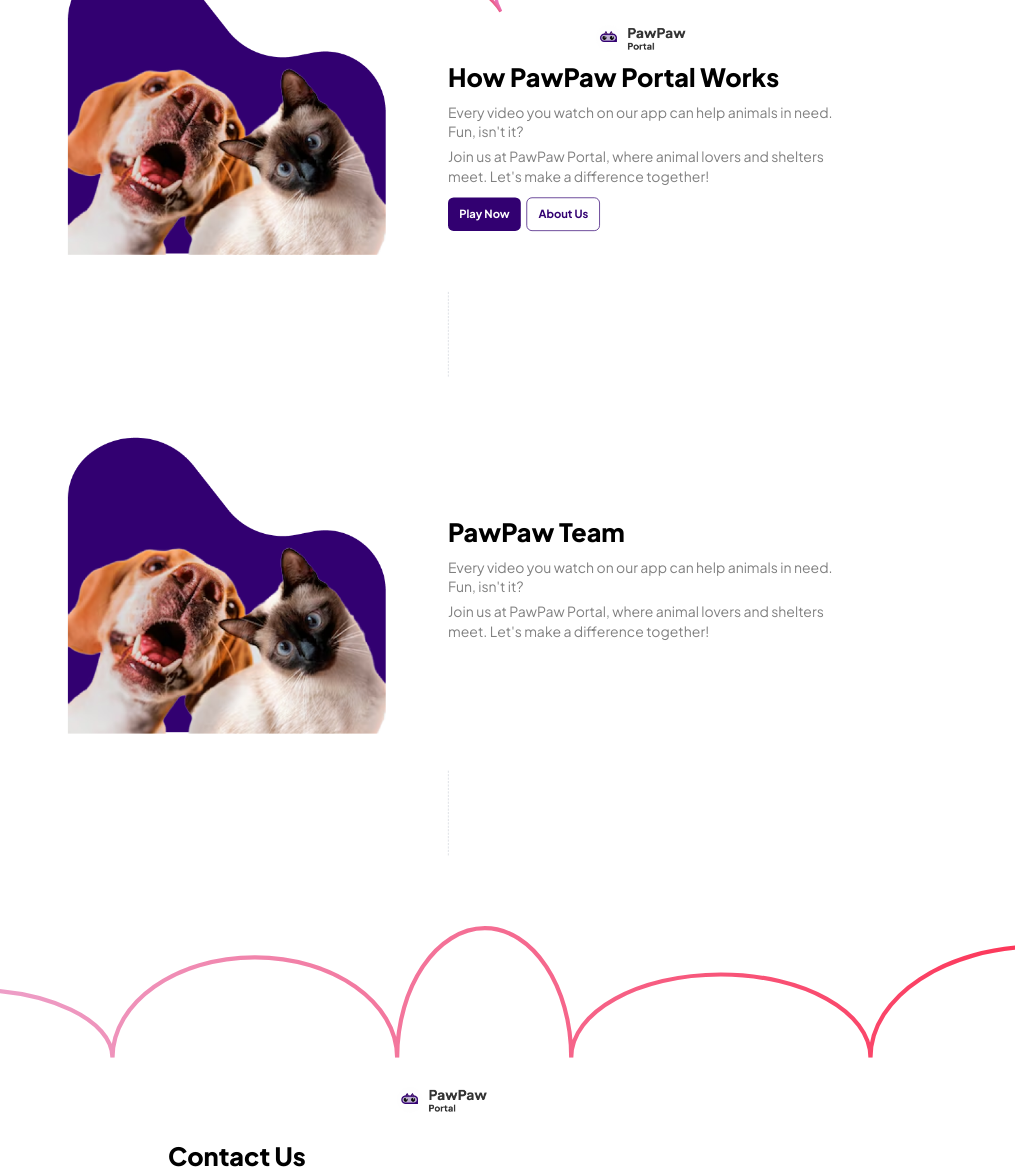
Repository: paskasiregar/pawpawwebsite
Page: /
These files come from the project's save history. The page is drawn as it stood at one moment and after the next save; the edit follows.
The browser window is 1280 px wide. The page is 1450 px wide, so the pictures cover 1450 px, including what lies to the right of the window. The pictures show the part of the page from y = 1160 to 2840 px (the page is 3877 px tall), at 70% of full size.
The project was rebuilt for these pictures with package versions that can differ from the ones it lists, and the page was loaded fresh each time. The framework's server and built-in components were replaced by stand-ins that run in the browser. Also part of the build but not shown: next.config.js, next.config.mjs.

Above is the page before, as saved 2024-09-06 11:05:36.

### src/app/layout.js
import { Inter } from "next/font/google";
import "./globals.css";

const inter = Inter({ subsets: ["latin"] });

export const metadata = {
  title: "PawPaw Portal | Your One-Stop Shelter",
  description: "Your One-Stop Shelter",
};

export default function RootLayout({ children }) {
  return (
    <html lang="en">
      <meta
        name="google-adsense-account"
        content="ca-pub-4770655134097556"
      ></meta>
      <body className={inter.className}>{children}</body>
    </html>
  );
}

### src/app/page.js
import { Contact } from "@/components/contact";
import { Divider } from "@/components/divider";
import { Footer } from "@/components/footer";
import { Header } from "@/components/header";
import CTA from "@/components/CTA";
import Hero from "@/components/hero";
import PrimaryButton from "@/components/primaryButton";
import SecButton from "@/components/secButton";
import Image from "next/image";
import bannerImage from "../assets/banner.png";
import logoHeaderImage from "../assets/banner-10.png";
import Link from "next/link";
import Head from "next/head";

export default async function Home() {
  return (
    <div className="w-full font-plus-jakarta m-auto flex min-h-screen flex-col items-center justify-between">
      <Head>
        <script
          async
          src="https://pagead2.googlesyndication.com/pagead/js/adsbygoogle.js?client=ca-pub-4770655134097556"
          crossorigin="anonymous"
        ></script>
      </Head>
      <section className="w-full">
        <div className="centeredcontainer main-container">
          <Header />
        </div>
        <main className="main-container">
          <Hero />
          <Divider />
          <div className="self-stretch bg-white flex flex-col md:flex-row">
            <div className="flex-1 relative h-48 md:h-[489px] z-[0] flex items-center justify-center">
              <Image
                className="w-[80%] h-auto object-cover"
                alt="banner"
                src={bannerImage}
                width={200}
                height={200}
              />
            </div>

            <div
              id="how-it-works"
              className="flex-1 flex flex-col items-center md:items-start justify-center gap-4 z-[1] p-4 md:p-8"
            >
              <div className="space-y-4">
                <div className="flex justify-center md:justify-start">
                  <svg
                    width="130"
                    height="77"
                    viewBox="0 0 130 77"
                    fill="none"
                    xmlns="http://www.w3.org/2000/svg"
                  >
                    <path
                      d="M2.04016 48.038C39.1938 19.0059 75.4362 75.5193 75.4362 75.5193C58.6481 44.4597 70.5515 14.7701 105.05 54.8444C105.05 54.8444 88.8644 34.0647 127.885 2.52962"
                      stroke="url(#paint0_linear_545_35744)"
                      strokeWidth="4.42591"
                      strokeMiterlimit="10"
                      strokeLinejoin="bevel"
                    />
                    <defs>
                      <linearGradient
                        id="paint0_linear_545_35744"
                        x1="19.971"
                        y1="73.8863"
                        x2="126.116"
                        y2="-0.218346"
                        gradientUnits="userSpaceOnUse"
                      >
                        <stop offset="0.2868" stopColor="#E9404C" />
                        <stop offset="0.2967" stopColor="#EA475C" />
                        <stop offset="0.3252" stopColor="#EB5B85" />
                        <stop offset="0.3554" stopColor="#EB6CA8" />
                        <stop offset="0.3871" stopColor="#EC79C5" />
                        <stop offset="0.4209" stopColor="#EC84DB" />
                        <stop offset="0.4577" stopColor="#ED8BEB" />
                        <stop offset="0.4998" stopColor="#ED90F4" />
                        <stop offset="0.5589" stopColor="#ED91F7" />
                      </linearGradient>
                    </defs>
                  </svg>
                </div>
                <div className="hidden md:flex items-center justify-center">
                  <Image
                    className="w-36 h-10 object-cover"
                    alt="Logo"
                    src={logoHeaderImage}
                    width={120}
                    height={20}
                  />
                </div>
                <div className="flex flex-col items-center md:items-start">
                  <div className="relative font-extrabold text-2xl md:text-4xl text-center md:text-left">
                    How PawPaw Portal Works
                  </div>
                </div>
                <div className="self-stretch flex flex-col md:flex-row items-center md:items-start justify-start text-lg md:text-xl text-gray-500">
                  <div className="flex-1 flex flex-col items-center md:items-start justify-start">
                    <div className="self-stretch">
                      <p className="m-0 text-center md:text-left">
                        Every video you watch on our app can help animals in
                        need. Fun, isn&apos;t it?
                      </p>
                      <p className="m-2"></p>
                      <p className="m-0 text-center md:text-left">
                        Join us at PawPaw Portal, where animal lovers and
                        shelters meet. Let&apos;s make a difference together!
                      </p>
                    </div>
                  </div>
                </div>
                <div className="flex flex-col md:flex-row gap-2">
                  <PrimaryButton href="https://game.pawpawportal.com">
                    Play Now
                  </PrimaryButton>
                  <Link
                    href="#about-us"
                    className="flex flex-col md:flex-row gap-2"
                  >
                    <SecButton>About Us</SecButton>
                  </Link>
                </div>
              </div>
            </div>
          </div>

          <Divider />
          <div className="self-stretch bg-white flex flex-col md:flex-row">
            <div className="flex-1 relative h-48 md:h-[489px] z-[0] flex items-center justify-center">
              <Image
                className="w-[80%] h-auto object-cover"
                alt="banner"
                src={bannerImage}
                width={200}
                height={200}
              />
            </div>
            <div
              id="team"
              className="flex-1 flex flex-col items-center md:items-start justify-center gap-4 z-[1] p-4 md:p-8"
            >
              <div className="space-y-4">
                <div className="flex justify-center md:justify-start"></div>
                <div className="flex flex-col items-center md:items-start">
                  <div className="relative font-extrabold text-2xl md:text-4xl text-center md:text-left">
                    PawPaw Team
                  </div>
                </div>
                <div className="self-stretch flex flex-col md:flex-row items-center md:items-start justify-start text-lg md:text-xl text-gray-500">
                  <div className="flex-1 flex flex-col items-center md:items-start justify-start">
                    <div className="self-stretch">
                      <p className="m-0 text-center md:text-left">
                        Every video you watch on our app can help animals in
                        need. Fun, isn&apos;t it?
                      </p>
                      <p className="m-2"></p>
                      <p className="m-0 text-center md:text-left">
                        Join us at PawPaw Portal, where animal lovers and
                        shelters meet. Let&apos;s make a difference together!
                      </p>
                    </div>
                  </div>
                </div>
              </div>
            </div>
          </div>

          <Divider />
          <Contact />
        </main>
        <div className="w-full">
          <div>
            <CTA />
          </div>
          <div id="about-us">
            <Footer />
          </div>
        </div>
      </section>
    </div>
  );
}

### src/app/globals.css
@import url("https://fonts.googleapis.com/css2?family=Plus+Jakarta+Sans:wght@400;600;700;800&display=swap");

@tailwind base;
@tailwind components;
@tailwind utilities;

body {
  font-family: "Plus Jakarta Sans", sans-serif;
}

p,
ul {
  color: gray;
  margin-bottom: 2px;
}

section {
  margin-bottom: 8px;
}

.hero-bg {
  display: flex;
  background: radial-gradient(circle,
      rgb(204, 188, 230) 10%,
      rgb(255, 255, 255) 50%);
}

.cta-container {
  display: flex;
  justify-content: center;
  align-items: center;
  position: relative;
  background: radial-gradient(circle, rgb(14, 4, 4) 0%, rgb(14, 1, 51) 100%);
  padding: 20px;
  gap: 20px;
  min-height: 200px;
}

.cta-button {
  display: inline-block;
  padding: 20px 40px;
  font-size: 24px;
  font-weight: bold;
  color: white;
  background: black;
  border-radius: 40px;
  position: relative;
  z-index: 1;
  overflow: hidden;
  transition: all 0.3s ease;
  text-align: center;
}

.cta-button::before {
  content: "";
  position: absolute;
  top: -2px;
  left: -2px;
  right: -2px;
  bottom: -2px;
  background: linear-gradient(90deg,
      rgb(255, 244, 97) 0%,
      rgb(187, 61, 255) 50%,
      rgb(142, 23, 23) 100%);
  z-index: -1;
  border-radius: inherit;
}

.cta-button::after {
  content: "";
  position: absolute;
  top: 2px;
  left: 2px;
  right: 2px;
  bottom: 2px;
  background: black;
  z-index: -1;
  border-radius: inherit;
}

.cta-button:hover {
  color: rgb(237, 246, 133);
  background: white;
}

.footer-bg {
  background: radial-gradient(circle, rgb(14, 4, 4) 0%, rgb(14, 1, 51) 100%);
  color: white;
  text-align: center;
  padding: 20px;
}

.centeredcontainer {
  width: 100vw;
  height: auto;
}

.main-container {
  width: 100%;
  max-width: 1200px;
  margin: 0 auto;
  padding: 0;
}

.header-content {
  display: flex;
  flex-direction: row;
  align-items: center;
  justify-content: space-between;
}

.header-logo-button {
  display: flex;
  flex-direction: row;
  align-items: center;
  gap: 16px;
  /* Adjust spacing as needed */
}

html {
  scroll-behavior: smooth;
}

### src/components/contact.jsx
import React from "react";
import PrimaryButton from "@/components/primaryButton";
import NameInput from "./nameInput";
import EmailInput from "./emailInput";
import MessageInput from "./mesageInput";
import Image from "next/image";
import logoHeaderImage from "../assets/banner-10.png";

export const Contact = () => {
  return (
    <div className="font-plus-jakarta flex flex-col items-center justify-center py-16 px-4 md:px-[200px] gap-[40px] text-29xl">
      <div className="flex justify-start items-start">
        <svg
          width="1620"
          height="188"
          viewBox="0 0 1620 188"
          fill="none"
          xmlns="http://www.w3.org/2000/svg"
        >
          <path
            d="M1891 188C1891 100.375 1784.67 29.342 1653.5 29.342C1522.34 29.342 1413.53 100.375 1413.53 188C1413.53 122.37 1317.84 69.158 1199.78 69.158C1081.72 69.158 986.029 122.362 986.029 188C986.029 85.8274 930.825 3 862.735 3C794.645 3 737.369 85.8274 737.369 188C737.369 108.853 646.33 44.6865 534.029 44.6865C421.728 44.6865 330.689 108.853 330.689 188C330.689 134.381 239.649 90.9105 127.349 90.9105C15.0481 90.9105 -76 134.381 -76 188"
            stroke="url(#paint0_linear_545_35799)"
            strokeWidth="6"
            strokeMiterlimit="10"
            strokeLinejoin="bevel"
          />
          <defs>
            <linearGradient
              id="paint0_linear_545_35799"
              x1="-84.5283"
              y1="91.1699"
              x2="1899.52"
              y2="91.1699"
              gradientUnits="userSpaceOnUse"
            >
              <stop offset="0.0224" stopColor="#EBADD7" />
              <stop offset="1" stopColor="#FF2445" />
            </linearGradient>
          </defs>
        </svg>
      </div>
      <Image
        className="w-36 h-10 object-cover"
        alt="Logo"
        src={logoHeaderImage}
        width={120}
        height={20}
      />
      <div className="text-4xl font-extrabold w-full">Contact Us</div>
      <form
        action="https://forms.office.com/Pages/ResponsePage.aspx?id=FYBQO9x7eUe5JQ3XgE-7JgfHRnXS951Jum6QCf1rDZlUOTFYM1gyVUNMUzAyRTlFRVlHNUo5UVVRSy4u"
        method="post"
        target="_blank"
        className="w-full"
      >
        <div className="w-full flex flex-col items-start gap-[16px] text-base text-light-l800 font-regular-reg-2">
          <div className="w-full flex flex-col md:flex-row gap-[20px]">
            <div className="w-full md:w-1/2">
              <label
                htmlFor="name"
                className="w-full block text-sm font-medium text-gray-700"
              ></label>
              <NameInput className="w-full" id="name" name="name" required />
            </div>
            <div className="w-full md:w-1/2">
              <label
                htmlFor="email"
                className="block text-sm font-medium text-gray-700"
              ></label>
              <EmailInput className="w-full" id="email" name="email" required />
            </div>
          </div>
          <div className="w-full">
            <label
              htmlFor="message"
              className="block text-sm font-medium text-gray-700"
            ></label>
            <MessageInput
              className="w-full"
              id="message"
              name="message"
              required
            />
          </div>
        </div>
        <div className="mt-4">
          <PrimaryButton type="submit">Send Now</PrimaryButton>
        </div>
      </form>
    </div>
  );
};

export default Contact;

### src/components/divider.jsx
export const Divider = () => {
  return (
    <div className="self-stretch h-[195px] flex flex-row items-center justify-center py-16 px-[130px] box-border">
      <div className="w-px relative box-border h-[121px] border-r-[1px] border-dashed border-gray-300" />
    </div>
  );
};

### src/components/header.jsx
import Link from "next/link";
import PrimaryButton from "@/components/primaryButton";
import React from "react";
import Image from "next/image";
import logoHeaderImage from "../assets/banner-10.png";

export const Header = () => {
  return (
    <div className="font-plus-jakarta w-full flex flex-col items-center justify-center text-left text-gray-500">
      <div className="self-stretch bg-white flex flex-col items-center justify-center text-sm">
        <div className="w-full header-content p-2.5 box-border">
          <Link href="/">
            {" "}
            {/* Homepage */}
            <Image
              className="w-36 h-10 object-cover"
              alt="Logo"
              src={logoHeaderImage}
              width={120}
              height={20}
            />
          </Link>
          <div className="hidden md:flex flex-row items-center justify-center gap-8">
            <div>
              <Link href="#how-it-works">How It Works</Link>
            </div>
            <div>
              <Link href="#about-us">About Us</Link>
            </div>
            <div>
              <Link href="/privacy">Privacy Policy</Link>
            </div>
          </div>
          <div className="header-logo-button">
            <PrimaryButton href="https://game.pawpawportal.com">
              Be Our Hero Today!
            </PrimaryButton>
          </div>
        </div>
      </div>
    </div>
  );
};

export default Header;

### src/components/CTA.jsx
import React from "react";
import Link from "next/link";

const CTA = () => {
  return (
    <div className="cta-container font-plus-jakarta p-4 md:p-8 flex flex-col md:flex-row items-center justify-center">
      <svg
        className="cta-decoration mb-4 md:mb-0 md:mr-4"
        width="48"
        height="46"
        viewBox="0 0 48 46"
        fill="none"
        xmlns="http://www.w3.org/2000/svg"
      >
        <path
          d="M2 46C2 27.296 29.551 30.0086 36.5736 34.5625C36.5736 34.5625 14.4611 2 47.5714 2"
          stroke="url(#cta_gradient)"
          strokeWidth="3.92857"
          strokeMiterlimit="10"
          strokeLinejoin="bevel"
        />
        <defs>
          <linearGradient
            id="cta_gradient"
            x1="37.3571"
            y1="2"
            x2="7.5"
            y2="46"
            gradientUnits="userSpaceOnUse"
          >
            <stop stopColor="#FF2445" />
            <stop offset="1" stopColor="#F5AB0E" />
          </linearGradient>
        </defs>
      </svg>
      <Link href="https://game.pawpawportal.com">
        <div className="cta-button text-center bg-gradient-to-r from-orange-500 to-pink-500 text-white font-bold py-2 px-4 rounded-lg shadow-lg cursor-pointer">
          Play Our Game Now
        </div>
      </Link>
    </div>
  );
};

export default CTA;

### src/components/primaryButton.jsx
import React from "react";

const PrimaryButton = ({ children, onClick }) => {
  return (
    <button
      className="self-stretch bg-inherit-320071 hover:bg-blue-700 text-white font-bold px-4 py-3 rounded-lg"
      onClick={onClick}
    >
      {children}
    </button>
  );
};

export default PrimaryButton;

### src/components/secButton.jsx
import React from "react";

const SecButton = ({ children, onClick }) => {
  return (
    <button
      className="bg-white border border-inherit-320071 text-inherit-320071 font-bold py-2 px-4 rounded-lg"
      onClick={onClick}
    >
      {children}
    </button>
  );
};

export default SecButton;

### src/components/nameInput.jsx
import React from "react";

const NameInput = ({ value, onChange }) => {
  return (
    <div className="mb-4">
      <label
        className="block text-gray-700 text-sm font-bold mb-2"
        htmlFor="name"
      >
        Name
      </label>
      <input
        id="name"
        type="text"
        value={value}
        onChange={onChange}
        className="shadow appearance-none border rounded w-full py-2 px-3 text-gray-700 leading-tight focus:outline-none focus:shadow-outline"
        placeholder="Your Name"
      />
    </div>
  );
};

export default NameInput;

### src/components/emailInput.jsx
import React from "react";

const EmailInput = ({ value, onChange }) => {
  return (
    <div className="mb-4">
      <label
        className="block text-gray-700 text-sm font-bold mb-2"
        htmlFor="email"
      >
        Email
      </label>
      <input
        id="email"
        type="email"
        value={value}
        onChange={onChange}
        className="shadow appearance-none border rounded w-full py-2 px-3 text-gray-700 leading-tight focus:outline-none focus:shadow-outline"
        placeholder="Your Email"
      />
    </div>
  );
};

export default EmailInput;

### src/components/mesageInput.jsx
import React from "react";

const MessageInput = ({ value, onChange }) => {
  return (
    <div className="mb-4">
      <label
        className="block text-gray-700 text-sm font-bold mb-2"
        htmlFor="message"
      >
        Message
      </label>
      <textarea
        id="message"
        value={value}
        onChange={onChange}
        className="shadow appearance-none border rounded w-full py-2 px-3 text-gray-700 leading-tight focus:outline-none focus:shadow-outline"
        placeholder="Your Message"
        rows="5"
      />
    </div>
  );
};

export default MessageInput;

Loaded but not shown: tailwind.config.js (24 lines, source omitted); src/components/hero.jsx (211 lines, source omitted); src/components/footer.jsx (175 lines, source omitted)

After the next save:
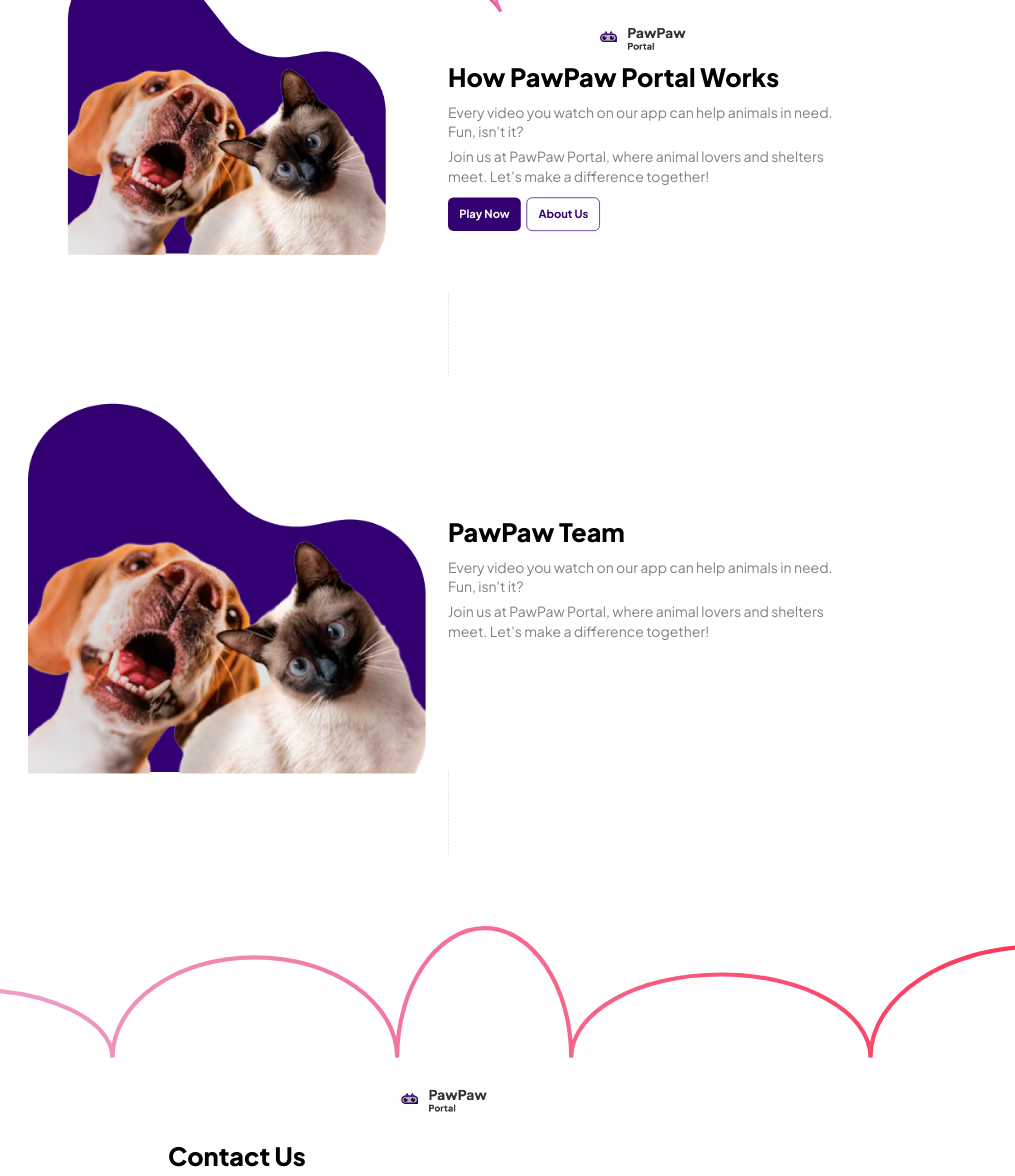
Saved 9 s later.
--- a/src/app/page.js
+++ b/src/app/page.js
@@ -130,7 +130,7 @@ export default async function Home() {
           <div className="self-stretch bg-white flex flex-col md:flex-row">
             <div className="flex-1 relative h-48 md:h-[489px] z-[0] flex items-center justify-center">
               <Image
-                className="w-[80%] h-auto object-cover"
+                className="w-[100%] h-auto object-cover"
                 alt="banner"
                 src={bannerImage}
                 width={200}
